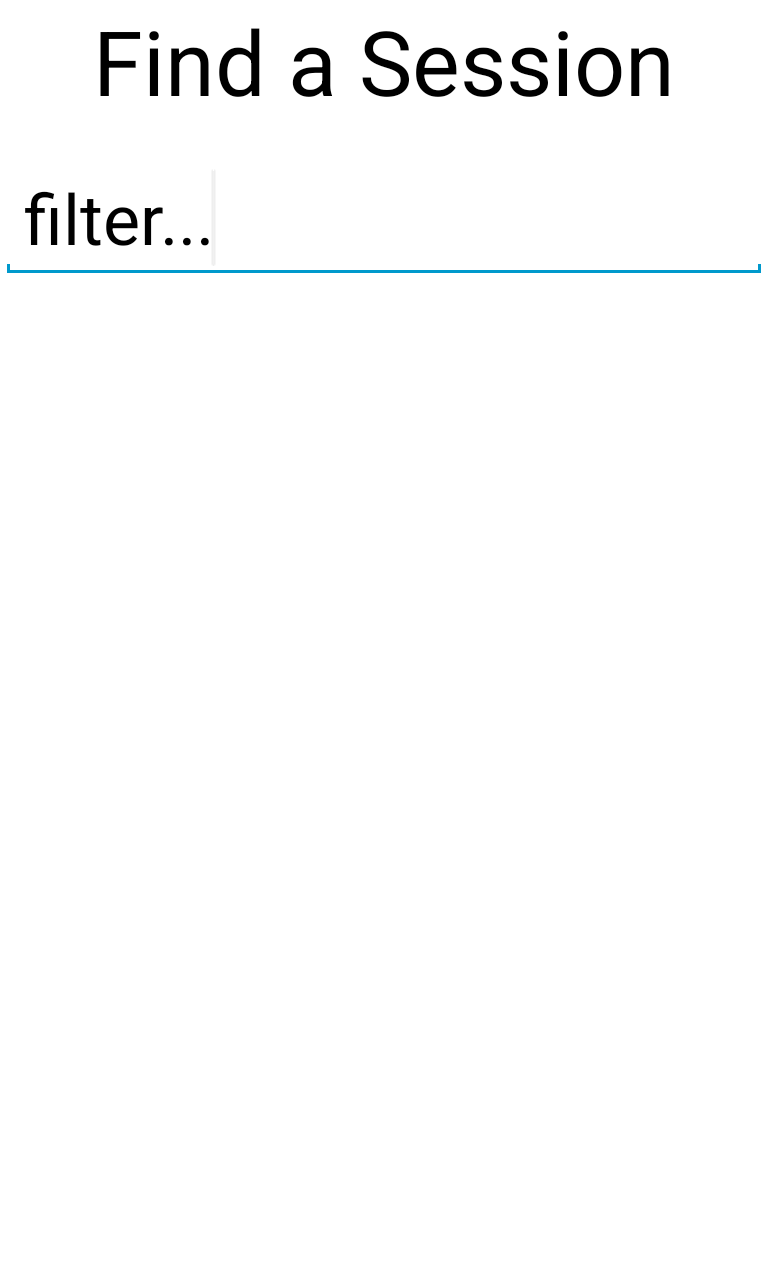
Repository: vnataraj/groupnote
Layout: GroupNote/res/layout/my_notes.xml
The author's editor kept a copy of each file at every save. The layout is drawn from the files as they stood at one save, then again after the next save.
It is drawn on a 768 x 1280 px phone screen (xhdpi) without system bars, with theme AppTheme; the app's code is not run. Lists and similar views that code fills are empty.

Above is the layout before, as saved 2013-03-19 20:24:38.

After the next save:
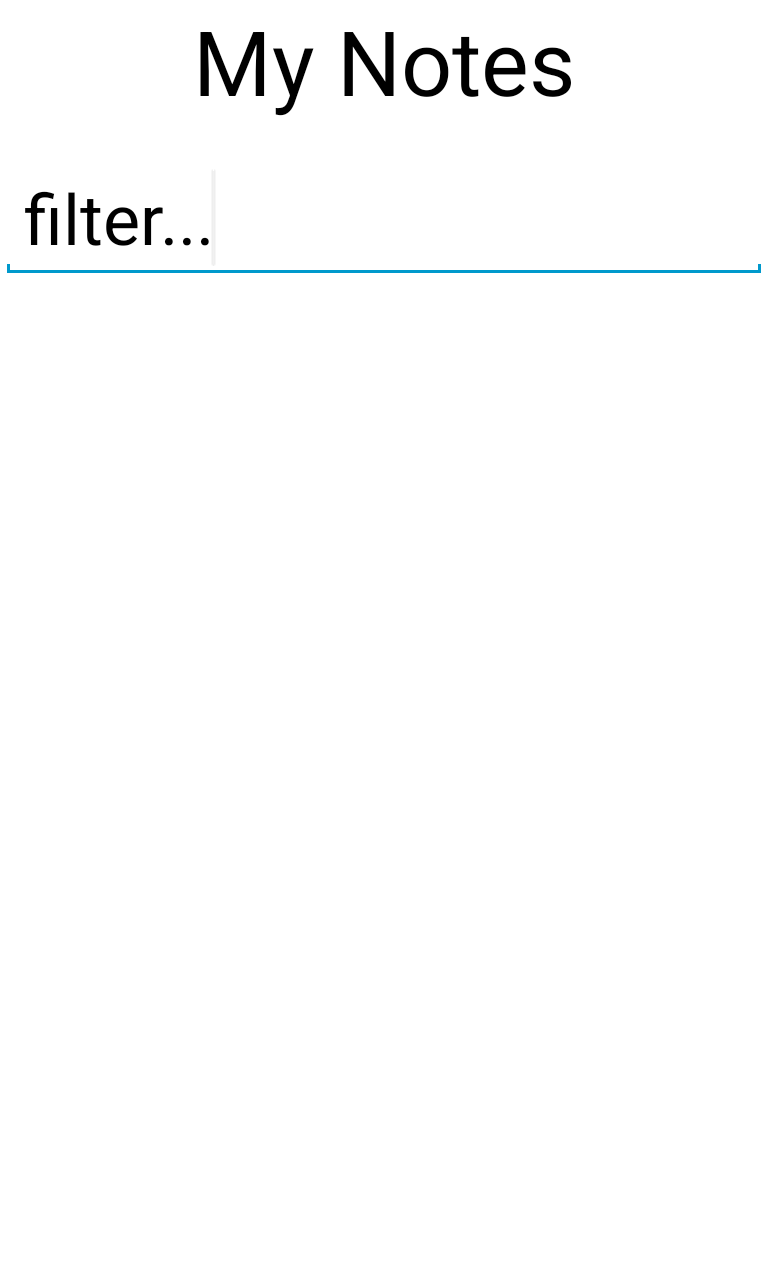
Saved 9 s later.
--- a/GroupNote/res/layout/my_notes.xml
+++ b/GroupNote/res/layout/my_notes.xml
@@ -11,7 +11,7 @@
         android:layout_alignParentLeft="true"
         android:layout_alignParentTop="true"
         android:gravity="center_horizontal"
-        android:text="Find a Session"
+        android:text="My Notes"
         android:textAppearance="?android:attr/textAppearanceLarge"
         android:textSize="45sp" />
 
